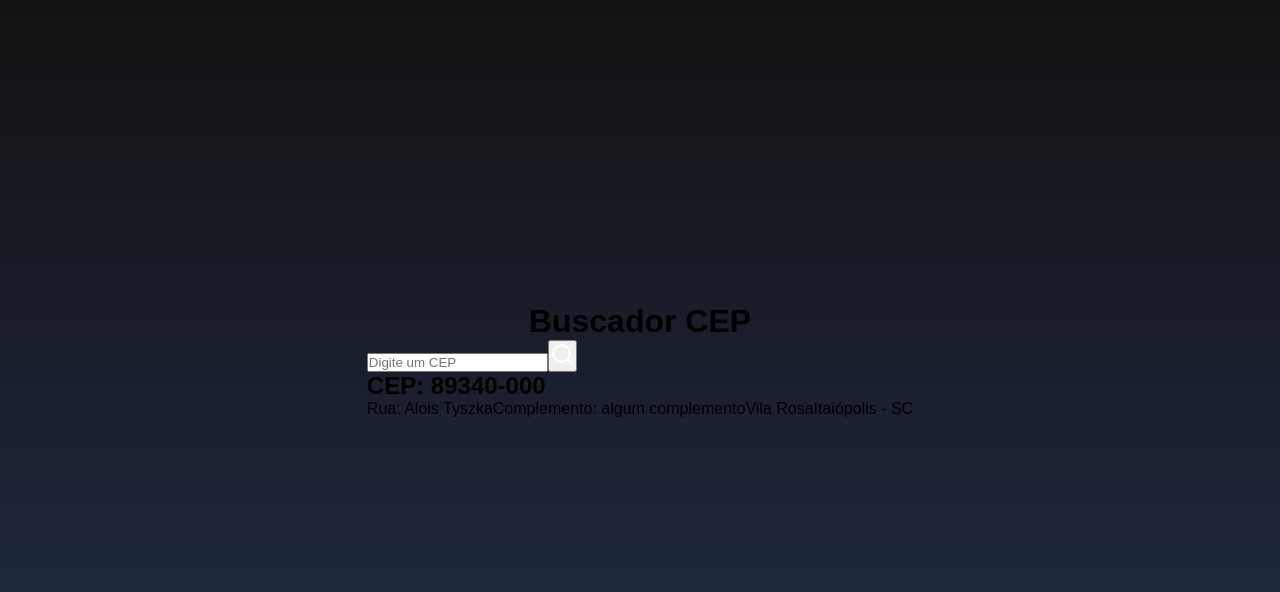
Repository: WelyntonRenan/buscador-cep
Page: / (app in buscador/)
These files come from the project's save history. The page is drawn as it stood at one moment and after the next save; the edit follows.
The browser window is 1280 px wide. The pictures show the whole page.
The project was rebuilt for these pictures with package versions that can differ from the ones it lists, and the page was loaded fresh each time.

Above is the page before, as saved 2022-11-13 23:38:19.

After the next save:
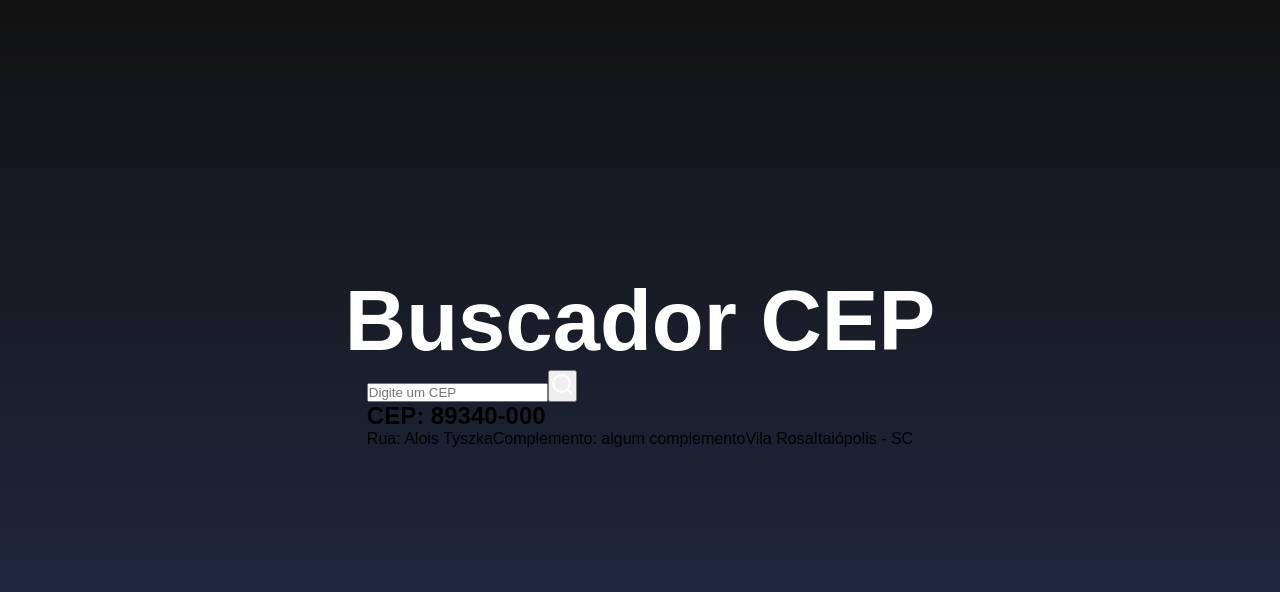
Saved 2 min 17 s later.
--- a/buscador/src/styles.css
+++ b/buscador/src/styles.css
@@ -6,3 +6,19 @@
   flex-direction: column;
   background: linear-gradient(#121212, #212B46);
 }
+
+.title {
+  font-size: 85px;
+  color: #FFF;
+  animation: flipTitle;
+}
+
+@keyframes flipTitle {
+  from {
+    transform: rotateX(90deg);
+  }
+
+  to {
+    transform: rotateX(0deg);
+  }
+}
